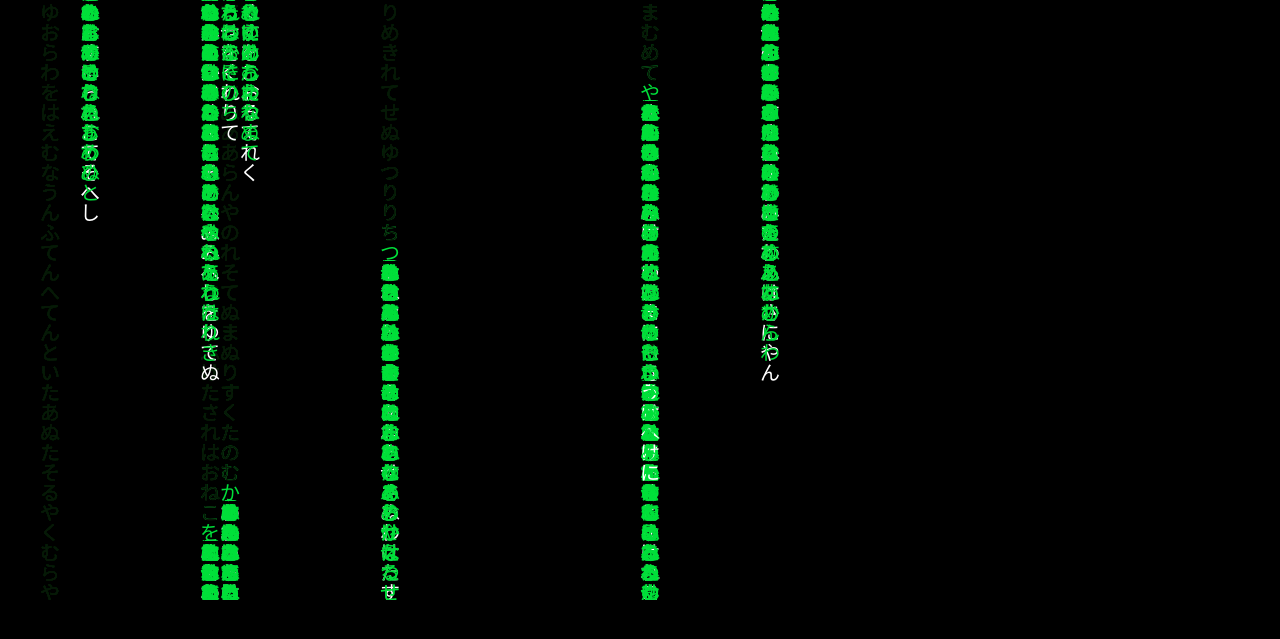
Repository: superdids/DAT152
Page: http://localhost/DigitalRain/
The author's editor kept a copy of each file at every save. The page is drawn from the files as they stood at one save, then again after the next save.
The browser window is 1280 px wide. The pictures show the whole page.
The page is served by Tomcat 9.

Above is the page before, as saved 2015-08-31 07:30:23.

### DigitalRain/WebContent/index.html
<!DOCTYPE html>
<html>
<head>
<meta charset="UTF-8">
<script type="text/javascript" src="js/digitalRain.js"></script>
<link href="css/style.css" rel="stylesheet" type="text/css" />
<title>Insert title here</title>
</head>
<body>

<canvas id="c"></canvas>

</body>
</html>

### DigitalRain/WebContent/js/digitalRain.js
"use strict";

var canvas, ctx, fontSize, cols;
//var symbols = generateSymbols();
var symbols = "あかさたないきしちにうくすつぬえけせてねおこそとのはまやらわひみりをふむゆるんへめれ".split("");

var drops = [];
var toDim = [];
var count = [];
var len = 20;
function draw()
{
//	ctx.fillStyle = "rgba(0, 0, 0, 0.05)";
//	ctx.fillRect(0, 0, canvas.width, canvas.height);

//	ctx.fillStyle = "#01DF3A";
//	ctx.font = fontSize + "px arial";

//	for(var i = 0; i < drops.length; i++)
//	{
//	if(rand(200) > 195 || drops[i] > 0) {
//	var text = symbols[rand(symbols.length)];

//	ctx.fillText(text, i*fontSize, drops[i]*fontSize);

//	if(drops[i]*fontSize > canvas.height && Math.random() > 0.975)
//	drops[i] = 0;

//	drops[i]++;
//	}
//	}

	for(var x = 0; x < drops.length; x++) {
		if(rand(200) > 198 || drops[x] > 0) {
			toDim[x][drops[x]]  = symbols[rand(symbols.length)];

//			ctx.fillStyle = "#071907";
//			if(drops[x] - 10 > 0) {
//				ctx.fillText(text, x*fontSize, (drops[x]-10)*fontSize);
//			}
//
//				ctx.fillStyle = "#01DF3A";
//
//				for(var y = 0; y < drops[x] - 11; y++) {
//					ctx.fillText(text, x*fontSize, (drops[x]-y)*fontSize);
//				}
//				ctx.fillStyle = "#FFFFFF";
//				ctx.fillText(text, x*fontSize, drops[x]*fontSize);
//

			if(drops[x] - len >= 0) {
				ctx.fillStyle = "black";
				ctx.clearRect(x*fontSize, (drops[x]-len)*fontSize, fontSize, fontSize);

			}
			ctx.fillStyle = "#01DF3A";
			for(var y = 1; y < len; y++) {
				toDim[x][drops[x]-y] = symbols[rand(symbols.length)];
				ctx.fillText(toDim[x][drops[x]-y], x*fontSize, (drops[x]-y)*fontSize);
			}

			ctx.fillStyle = "#071907";
			for(var y = len; y < drops[x]; y++) {
				ctx.fillText(toDim[x][drops[x]-y], x*fontSize, (drops[x]-y)*fontSize);
			}

			ctx.fillStyle = "#FFFFFF";
			ctx.fillText(toDim[x][drops[x]] , x*fontSize, drops[x]*fontSize);

			if(drops[x]*fontSize > canvas.height && rand(1000) > 975) {
				drops[x] = 0;
			}




			drops[x]++;
		}
	}
}

//window.onresize = function() {
//canvas = document.getElementById('c');
//canvas.width = screen.width;
//canvas.height= screen.height;
//ctx = canvas.getContext("2d");
//fontSize = 20;
//cols = canvas.width/fontSize;
//}

window.onload = function() {
	canvas = document.getElementById('c');
	canvas.width = screen.width;
	canvas.height= screen.height;

	ctx = canvas.getContext("2d");
	fontSize = 20;
	cols = canvas.width/fontSize;
	for(var x = 0; x < cols; x++) {
		drops[x] = 0;
		toDim[x] = new Array();
		count[x] = 0;
	}
	ctx.font = fontSize + "px arial";
	window.setInterval(draw, 75);
}





function rand(arg) {
//	console.log(Math.floor(Math.random() * arg));
	return Math.floor(Math.random() * arg);
}

function generateSymbols() {
	var arr = ["0", "1", "2", "3", "4", "5", "6", "7", "8", "9", "@", "#", "$", "%", "&", "{", "}", "[", "]", "="];
	return arr;
}

### DigitalRain/WebContent/css/style.css
/*basic reset*/
* {margin: 0; padding: 0;}
/*adding a black bg to the body to make things clearer*/
body {background: black;}
canvas {display: block;}

After the next save:
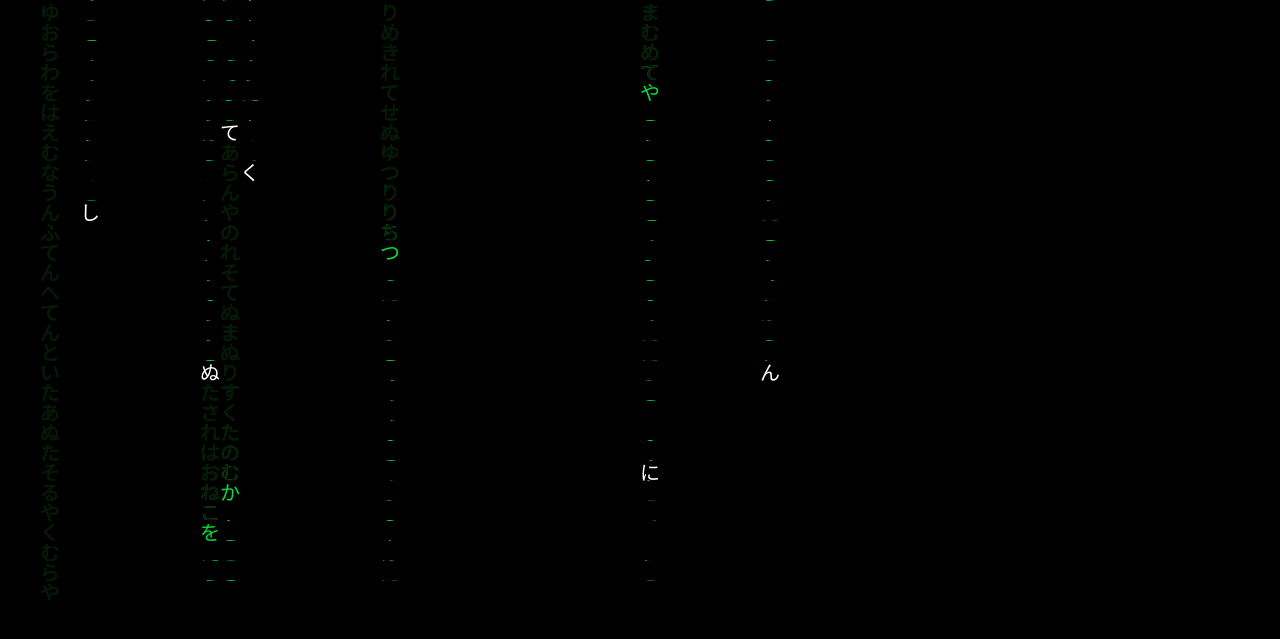
Saved 31 s later.
--- a/DigitalRain/WebContent/js/digitalRain.js
+++ b/DigitalRain/WebContent/js/digitalRain.js
@@ -56,6 +56,7 @@
 			ctx.fillStyle = "#01DF3A";
 			for(var y = 1; y < len; y++) {
 				toDim[x][drops[x]-y] = symbols[rand(symbols.length)];
+				ctx.clearRect(x*fontSize, (drops[x]-y)*fontSize, fontSize, fontSize);
 				ctx.fillText(toDim[x][drops[x]-y], x*fontSize, (drops[x]-y)*fontSize);
 			}
 
